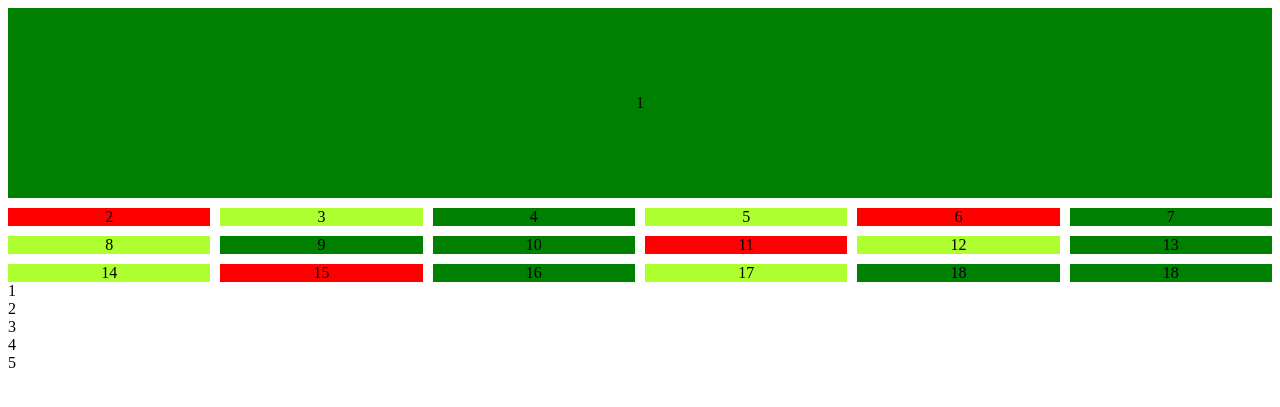
Repository: motiejus1/09-paskaita-05.31
Page: index.html
An editor plug-in stored every save of this project. The page is shown before and after a run of saves, followed by the edit.
The browser window is 1280 px wide. The pictures show the whole page.

Above is the page before, as saved 2021-06-15 19:55:21.

After the next 2 saves:
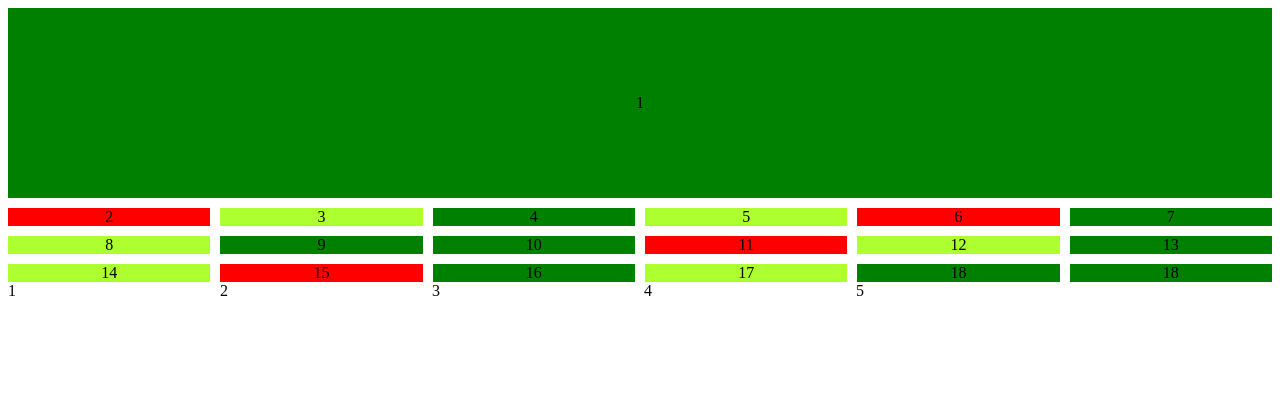
The 2 saves are shown as one change because they came seconds apart.
The last was saved 60 s later.
--- a/index.html
+++ b/index.html
@@ -54,6 +54,7 @@
 
         .grid-container-1 {
             display: grid;
+            grid-template-columns: auto auto auto auto auto auto;
         }
     </style>
 </head>

After the save that followed:
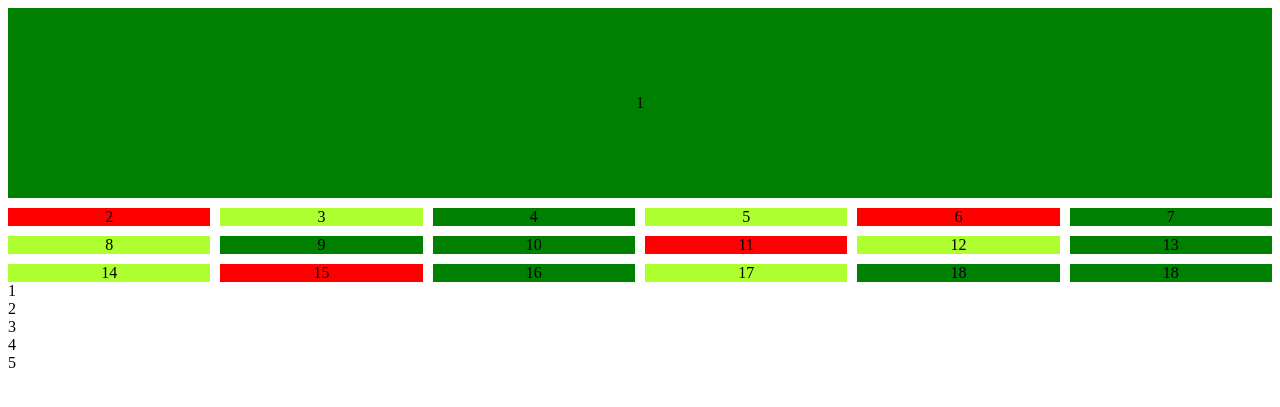
Saved 6 s later.
--- a/index.html
+++ b/index.html
@@ -54,7 +54,7 @@
 
         .grid-container-1 {
             display: grid;
-            grid-template-columns: auto auto auto auto auto auto;
+            grid-template-area: auto auto auto auto auto auto;
         }
     </style>
 </head>
